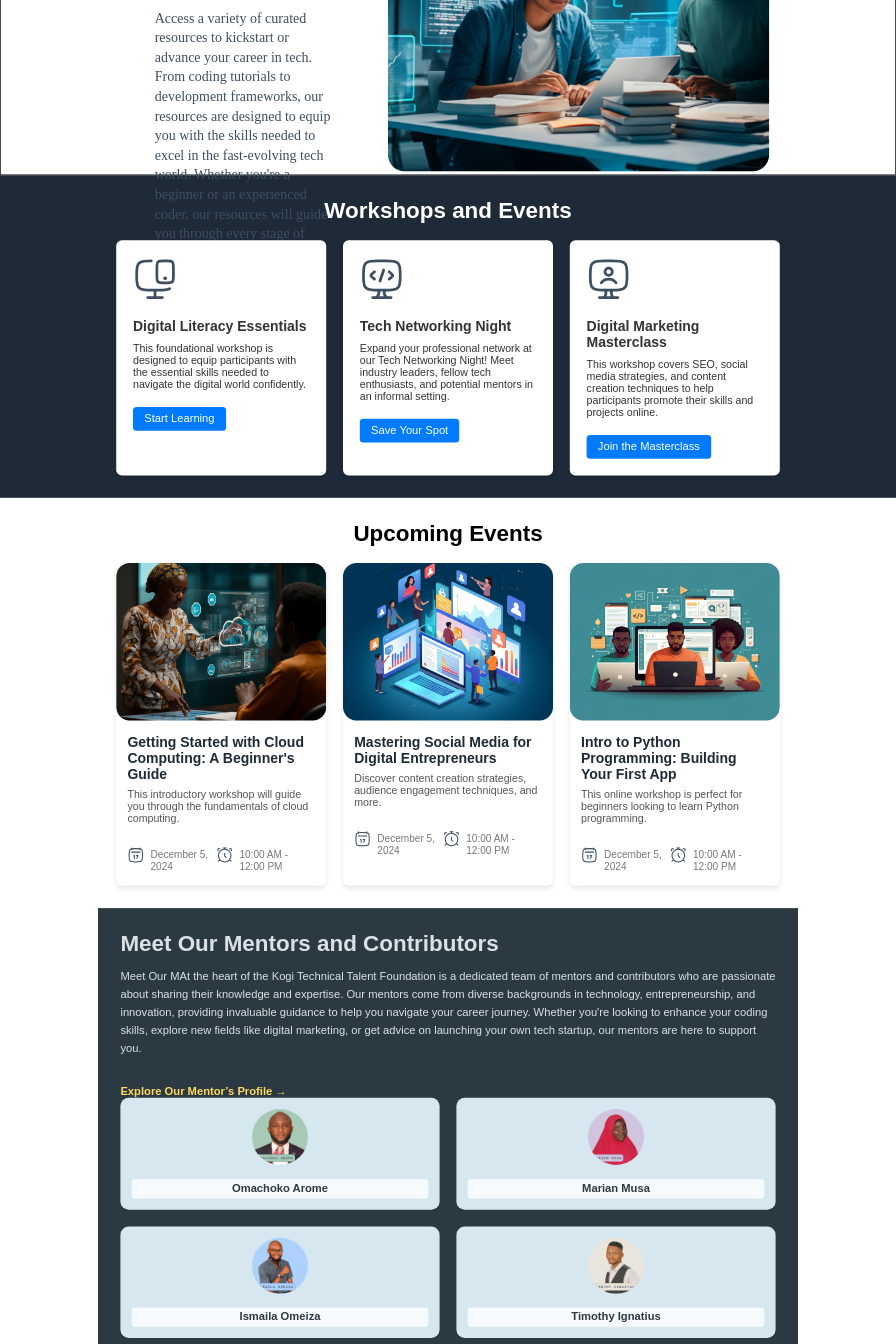
Repository: Cryptim/3MTT-Kogi-Foundation
Page: index.html
An editor plug-in stored every save of this project. The page is shown before and after the next save, followed by the edit.
The browser window is 1280 px wide. The pictures show the part of the page from y = 1265 to 3185 px (the page is 7184 px tall before and 7379 px after), at 70% of full size.

Above is the page before, as saved 2024-11-15 02:35:45.

### index.html
<!DOCTYPE html>
<html lang="en">
  <head>
    <meta charset="UTF-8" />
    <meta name="viewport" content="width=device-width, initial-scale=1.0" />
    <title>Three Million Technical Talent Foundation</title>
    <link rel="stylesheet" href="stlyes/style.css" />
  </head>
  <body>
    <header class="header">
      <div class="logo">
        <img src="assets/images/logo.png" alt="Foundation Logo" />
      </div>
      <nav class="nav">
        <a href="#">Workshops & Events</a>
        <a href="#">Resources/Pathways</a>
        <a href="#">Volunteer</a>
        <a href="#">Contact Us</a>
      </nav>
      <div class="donate-button">
        <button>Donate</button>
      </div>
    </header>
    <!-- Hero sections -->
    <div class="padding hero-section">
      <div class="text-container">
        <h1>Empowering Kogi's Brightest Minds for a Future in Tech</h1>
        <p>
          Are you ready to lead the future of tech? Kogi Technical Talent
          Foundation offers mentorship and cutting-edge resources to help early
          adopters like you grow and innovate.
        </p>
        <div class="explore-button">
          <button>Explore Free Resources</button>
        </div>
      </div>
      <div class="image-container">
        <img
          src="assets/images/Frame 5.png"
          alt="Team working with technology"
        />
        <div class="tag tag-collaborations">Collaborations</div>
        <div class="tag tag-volunteerism">Volunteerism</div>
        <div class="tag tag-mentorship">Mentorship</div>
        <div class="tag tag-empowerment">Empowerment</div>
        <div class="tag tag-free-resources">Free Resources</div>
        <div class="tag tag-partnership">Partnership</div>
      </div>
    </div>
    <!-- Featured Story Section -->
    <div class="padding featuredStoryContainer">
      <div class="featuredStory"
      >
        <div  class="featuredStoryDottedImageLine"
        >
          <img class="featuredStoryImage"
            src="assets/images/Simeon ocheja 1.png"
            alt="Simenon Ocheja"
          />
        </div>
        <div
          style="width: 589px; display: flex; flex-direction: column; gap: 16px"
        >
          <div class="featuredStoryTextContainer"

          >
            <span class="featuredStoryText"

              >Featured Story from Kogi talent</span
            >
          </div>
          <h2 class="featuredStoryName"
          >
            Simenon Ocheja
          </h2>
          <p class="featuredStoryParagraph"
          >
            From struggling to code his first lines to landing a role as a
            full-stack developer, Abdul Musa's journey is one of resilience,
            learning, and mentorship. Kogi Technical Talent Foundation helped
            him unlock his potential...
          </p>
          <div  class="featuredStoryMore">
            <span class="morefeatured"
              >Read Simeon’s Full Journey</span
            >
        <img src="./assets/images/icons/arrow-right-02.png" alt="arrow-right-02">
            </div>
          </div>
        </div>
      </div>
    </div>
    <!-- Free Tech Learning Resources Section -->
    <div  class="freeTechSection"  style="display: flex; gap: 40px ;border: 1px solid black; padding: 0 180px;height: 6;">
      <div
        style="flex: 1; padding: 40px; background: #fff; border-radius: 24px;width: 568px;height: 436px;"
      >
        <div
          style="
            padding: 8px 12px;
            background: #a7cab7;
            border-radius: 12px;
            display: inline-block;
          "
        >
          <span
            style="
              color: #3d4f60;
              font-size: 16px;
              font-family: Cascadia Code;
              font-weight: 600;
              text-transform: uppercase;
            "
            >Free Tech Learning Resources</span
          >
        </div>
        <h3
          style="
            color: #3d4f60;
            font-size: 24px;
            font-family: Cascadia Code;
            font-weight: 400;
            margin-top: 16px;
          "
        >
          Tools and Knowledge to Accelerate Your Tech Journey
        </h3>
        <p
          style="
            color: #3d4f60;
            font-size: 20px;
            font-family: Cascadia Code;
            font-weight: 300;
            line-height: 1.4;
            margin-top: 12px;
          "
        >
          Access a variety of curated resources to kickstart or advance your
          career in tech. From coding tutorials to development frameworks, our
          resources are designed to equip you with the skills needed to excel in
          the fast-evolving tech world. Whether you're a beginner or an
          experienced coder, our resources will guide you through every stage of
          your journey.
        </p>
        <a
          href="#"
          style="
            color:#477EBF;
            font-size: 18px;
            font-family: Cascadia Code;
            font-weight: 700;
            display: inline-block;
            margin-top: 20px;
            text-decoration: none;
          "
          >Access Free Resources</a
        >
      </div>
      <div style="flex: 1">
        <img
          style="width: 545px;height: 435px; border-radius: 24px"
          src="assets/images/Resources image 1.png"
          alt="Tech Journey"
        />
      </div>
    </div>
    <!-- workshop section -->
    <section class="workshops-section">
      <h2>Workshops and Events</h2>
      <div class="workshops-container">
        <div class="workshop-card">
          <div class="icon">
            <img
              src="assets/images/computer-phone-sync.svg"
              alt="Digital Literacy Icon"
            />
          </div>
          <h3>Digital Literacy Essentials</h3>
          <p>
            This foundational workshop is designed to equip participants with
            the essential skills needed to navigate the digital world
            confidently.
          </p>
          <button>Start Learning</button>
        </div>
        <div class="workshop-card">
          <div class="icon">
            <img
              src="assets/images/computer-programming-01.svg"
              alt="Networking Icon"
            />
          </div>
          <h3>Tech Networking Night</h3>
          <p>
            Expand your professional network at our Tech Networking Night! Meet
            industry leaders, fellow tech enthusiasts, and potential mentors in
            an informal setting.
          </p>
          <button>Save Your Spot</button>
        </div>
        <div class="workshop-card">
          <div class="icon">
            <img
              src="assets/images/computer-video-call.svg"
              alt="Marketing Icon"
            />
          </div>
          <h3>Digital Marketing Masterclass</h3>
          <p>
            This workshop covers SEO, social media strategies, and content
            creation techniques to help participants promote their skills and
            projects online.
          </p>
          <button>Join the Masterclass</button>
        </div>
      </div>
    </section>
    <!--  Event section-->
    <section class="events-section">
      <h2>Upcoming Events</h2>
      <div class="events-container">
        <div class="event-card">
          <img
            src="assets/images/cloud-african 1.png"
            alt="Cloud Computing Workshop"
          />
          <h3>Getting Started with Cloud Computing: A Beginner's Guide</h3>
          <p>
            This introductory workshop will guide you through the fundamentals
            of cloud computing.
          </p>
          <div class="event-info">
            <span class="event-date"
              ><img
                src="assets/images/calendar-01.svg"
                alt="Calendar Icon"
                class="icon"
              />
              December 5, 2024</span
            >
            <span class="event-time"
              ><img
                src="assets/images/alarm-clock.svg"
                alt="Clock Icon"
                class="icon"
              />
              10:00 AM - 12:00 PM</span
            >
          </div>
        </div>
        <div class="event-card">
          <img
            src="assets/images/digital marketing.png"
            alt="Social Media for Entrepreneurs"
          />
          <h3>Mastering Social Media for Digital Entrepreneurs</h3>
          <p>
            Discover content creation strategies, audience engagement
            techniques, and more.
          </p>
          <div class="event-info">
            <span class="event-date"
              ><img
                src="assets/images/calendar-01.svg"
                alt="Calendar Icon"
                class="icon"
              />
              December 5, 2024</span
            >
            <span class="event-time"
              ><img
                src="assets/images/alarm-clock.svg"
                alt="Clock Icon"
                class="icon"
              />
              10:00 AM - 12:00 PM</span
            >
          </div>
        </div>
        <div class="event-card">
          <img
            src="assets/images/python.png"
            alt="Python Programming Workshop"
          />
          <h3>Intro to Python Programming: Building Your First App</h3>
          <p>
            This online workshop is perfect for beginners looking to learn
            Python programming.
          </p>
          <div class="event-info">
            <span class="event-date"
              ><img
                src="assets/images/calendar-01.svg"
                alt="Calendar Icon"
                class="icon"
              />
              December 5, 2024</span
            >
            <span class="event-time"
              ><img
                src="assets/images/alarm-clock.svg"
                alt="Clock Icon"
                class="icon"
              />
              10:00 AM - 12:00 PM</span
            >
          </div>
        </div>
      </div>
    </section>
    <!-- Mentor section -->
    <section class="mentors-section">
      <h2>Meet Our Mentors and Contributors</h2>
      <p>
        Meet Our MAt the heart of the Kogi Technical Talent Foundation is a
        dedicated team of mentors and contributors who are passionate about
        sharing their knowledge and expertise. Our mentors come from diverse
        backgrounds in technology, entrepreneurship, and innovation, providing
        invaluable guidance to help you navigate your career journey. Whether
        you're looking to enhance your coding skills, explore new fields like
        digital marketing, or get advice on launching your own tech startup, our
        mentors are here to support you.
      </p>
      <a href="#" class="explore-link">Explore Our Mentor’s Profile →</a>
      <div class="mentors-container">
        <div class="mentor-card">
          <img src="assets/images/Frame 19.png" alt="Omachoko Arome" />
          <h3>Omachoko Arome</h3>
        </div>
        <div class="mentor-card">
          <img src="assets/images/Frame 20.png" alt="Marian Musa" />
          <h3>Marian Musa</h3>
        </div>
        <div class="mentor-card">
          <img src="assets/images/Frame 21.png" alt="Ismaila Omeiza" />
          <h3>Ismaila Omeiza</h3>
        </div>
        <div class="mentor-card">
          <img src="assets/images/Frame 22.png" alt="Timothy Ignatius" />
          <h3>Timothy Ignatius</h3>
        </div>
      </div>
    </section>
    <!-- Footer -->
    <section>
      <div class="Partners">
        <div class="OurPartners">Our Partners</div>
        <div class="Frame23">
          <div class="NitdaLogo">
            <img
              class="NitdaLogoNewest1RemovebgPreview"
              style="width: 232.86px; height: 113.82px"
              src="https://via.placeholder.com/233x114"
            />
          </div>
          <div class="NitdaLogo">
            <img
              class="MttRemovebgPreview"
              style="width: 232.86px; height: 113.82px"
              src="https://via.placeholder.com/233x114"
            />
          </div>
          <div class="NitdaLogo">
            <img
              class="KogiLogo"
              style="width: 232.86px; height: 113.82px"
              src="https://via.placeholder.com/233x114"
            />
          </div>
          <div class="NitdaLogo">
            <img
              class="MistLogoRemovebgPreview"
              style="width: 232.86px; height: 113.82px"
              src="https://via.placeholder.com/233x114"
            />
          </div>
        </div>
      </div>

      <div class="Footer">
        <div class="Frame24">
          <img class="KogiLogo1" src="https://via.placeholder.com/78x78" />
          <div class="EmpoweringKogiSBrightestMindsForAFutureInTech">
            Empowering Kogi's Brightest Minds for a Future in Tech
          </div>
        </div>

        <div class="NavigataionMenu">
          <div class="Workshops">
            <div class="QuickLinks">Quick Links</div>
          </div>
          <div class="Workshops">
            <div class="WorkshopsEvents">Workshops & Events</div>
          </div>
          <div class="Resources">
            <div class="ResourcesPathways">Resources/Pathways</div>
          </div>
          <div class="Volunteer">
            <div>Volunteer</div>
          </div>
          <div class="ContactUs">
            <div>Contact Us</div>
          </div>
        </div>

        <div class="Frame25">
          <div class="Donate">
            <div>Donate Now</div>
          </div>
          <div class="ContactUs">
            <div class="ConnectWithUs">Connect with Us</div>
          </div>
          <div class="Frame26">
            <div class="Facebook02">
              <div class="Vector"></div>
            </div>
            <div class="NewTwitter">
              <div class="Vector"></div>
            </div>
            <div class="Linkedin02">
              <div class="Vector"></div>
              <div class="Vector"></div>
              <div class="Vector"></div>
            </div>
            <div class="Instagram">
              <div class="Vector"></div>
              <div class="Vector"></div>
              <div class="Vector"></div>
            </div>
          </div>
        </div>
      </div>

      <div class="Frame27">
        <div
          class="AllRightsReserved3mttFellowBiweeklyBuildWithAFellowChallenge2024"
        >
          All rights reserved 3MTT Fellow Biweekly Build With a Fellow Challenge
          ©2024
        </div>
      </div>
    </section>
  </body>
</html>

Loaded but not shown: stlyes/style.css (819 lines, source omitted)

After the next save:
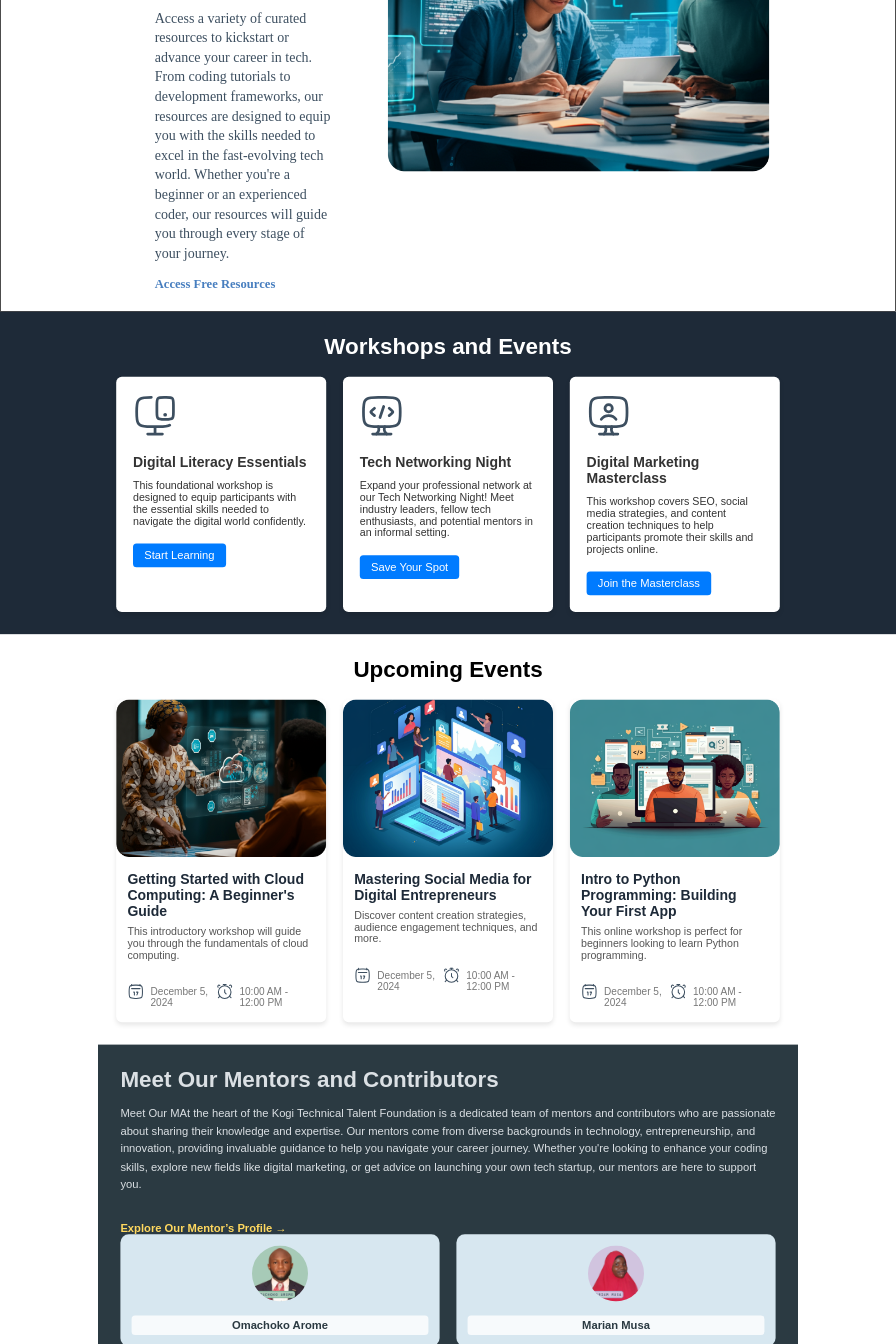
Saved 4 s later.
--- a/index.html
+++ b/index.html
@@ -91,7 +91,7 @@
       </div>
     </div>
     <!-- Free Tech Learning Resources Section -->
-    <div  class="freeTechSection"  style="display: flex; gap: 40px ;border: 1px solid black; padding: 0 180px;height: 6;">
+    <div  class="freeTechSection"  style="display: flex; gap: 40px ;border: 1px solid black; padding: 0 180px;height: 636px;">
       <div
         style="flex: 1; padding: 40px; background: #fff; border-radius: 24px;width: 568px;height: 436px;"
       >
